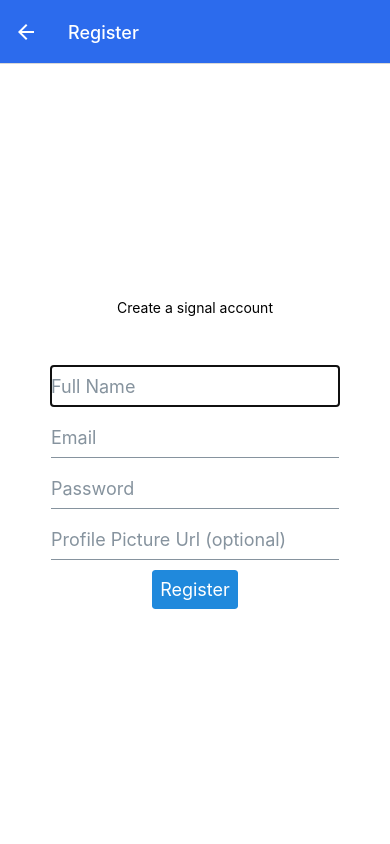
Repository: TheBoringBOT/signal-clone-reactnative-learn
Screen: /Register
The author's editor kept a copy of each file at every save. The screen is drawn from the files as they stood at one save, then again after the next save.
The app was drawn by React Native's web renderer in a window 390 px wide. The project was rebuilt for these pictures with package versions that can differ from the ones it lists, and the page was loaded fresh each time.

Above is the screen before, as saved 2022-01-23 19:19:42.

After the next save:
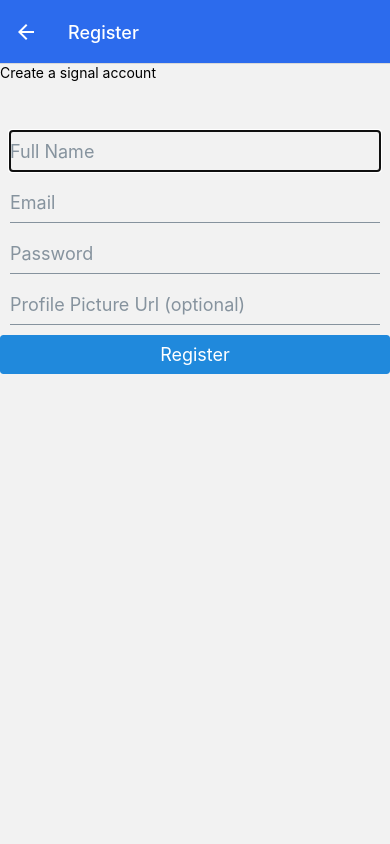
Saved 21 s later.
--- a/screens/RegisterScreen.js
+++ b/screens/RegisterScreen.js
@@ -57,12 +57,6 @@ const RegisterScreen = ({ navigation }) => {
 export default RegisterScreen;
 
 const styles = StyleSheet.create({
-  container: {
-    flex: 1,
-    alignItems: "center",
-    justifyContent: "center",
-    padding: 10,
-    backgroundColor: "white",
-  },
+  container: {},
   inputContainer: {},
 });
